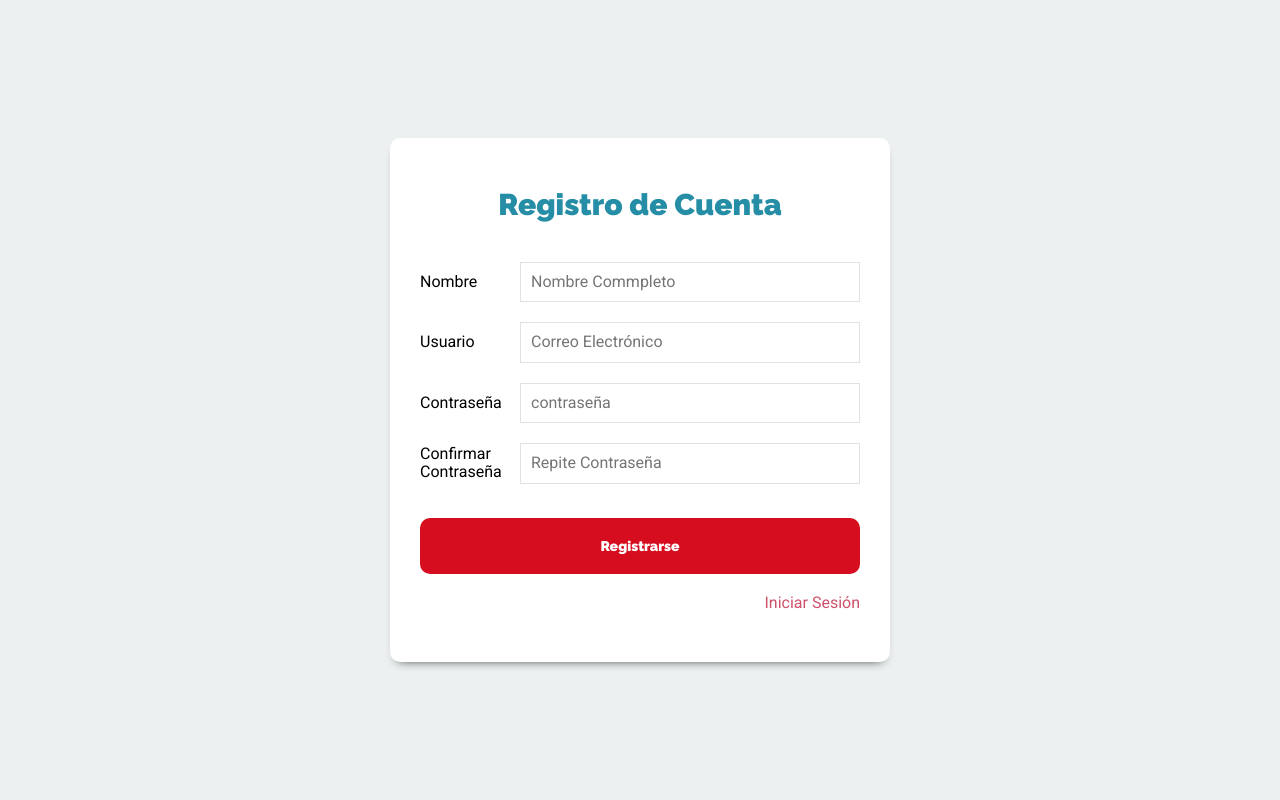
Repository: andrescovarrubias/admin-proyectos
Page: /nueva-cuenta (app in cliente/)
These files come from the project's save history. The page is drawn as it stood at one moment and after the next save; the edit follows.
The browser window is 1280 px wide. The pictures show the whole page.
The project was rebuilt for these pictures with package versions that can differ from the ones it lists, and the page was loaded fresh each time. Also part of the build but not shown: cliente/src/components/auth/Login.jsx, cliente/src/components/proyectos/NuevoProyecto.jsx, cliente/src/components/layout/SideBar.jsx, cliente/src/components/proyectos/Proyectos.jsx.

Above is the page before, as saved 2020-10-31 17:23:33.

After the next save:
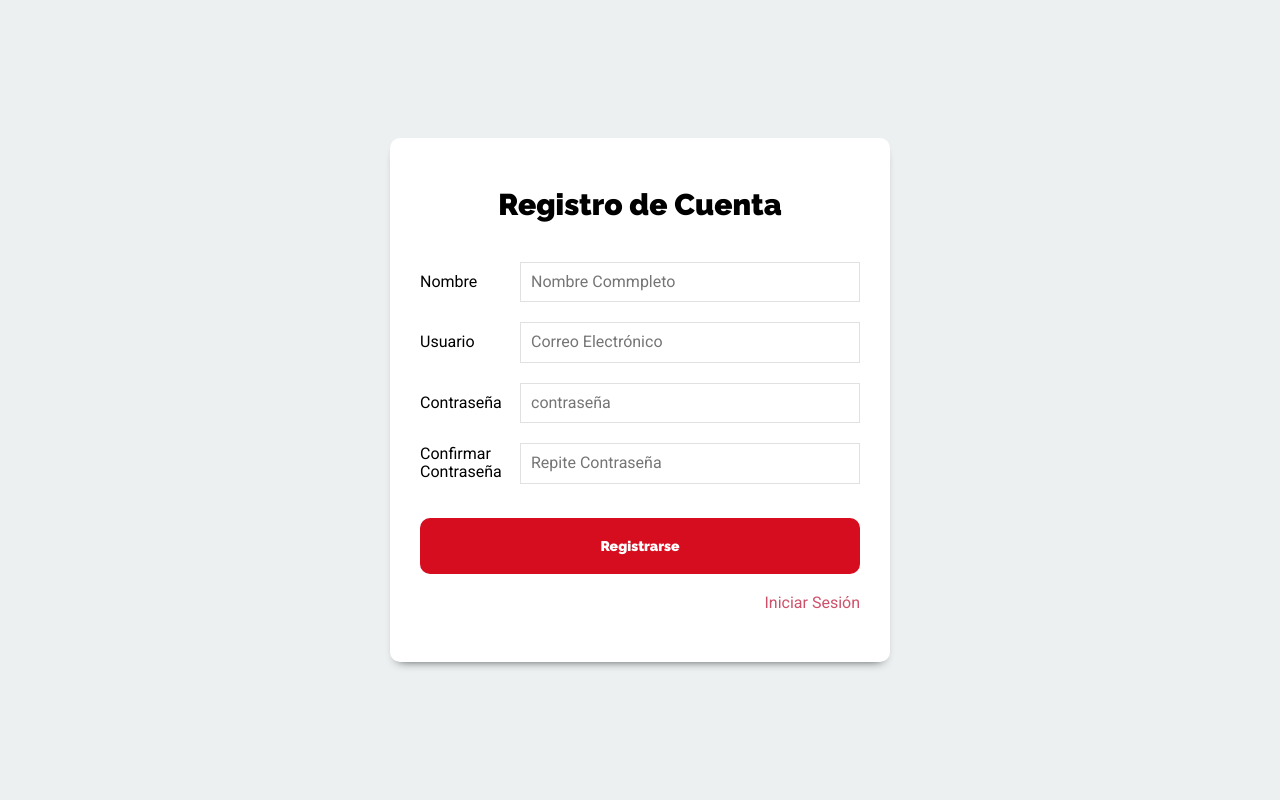
Saved 7 s later.
--- a/cliente/src/index.css
+++ b/cliente/src/index.css
@@ -300,7 +300,7 @@ aside {
   border-radius: 1rem;
 }
 .contenedor-form h1 {
-  color: var(--azul1);
+  color: var(--gris1);
 }
 
 .campo-form {
